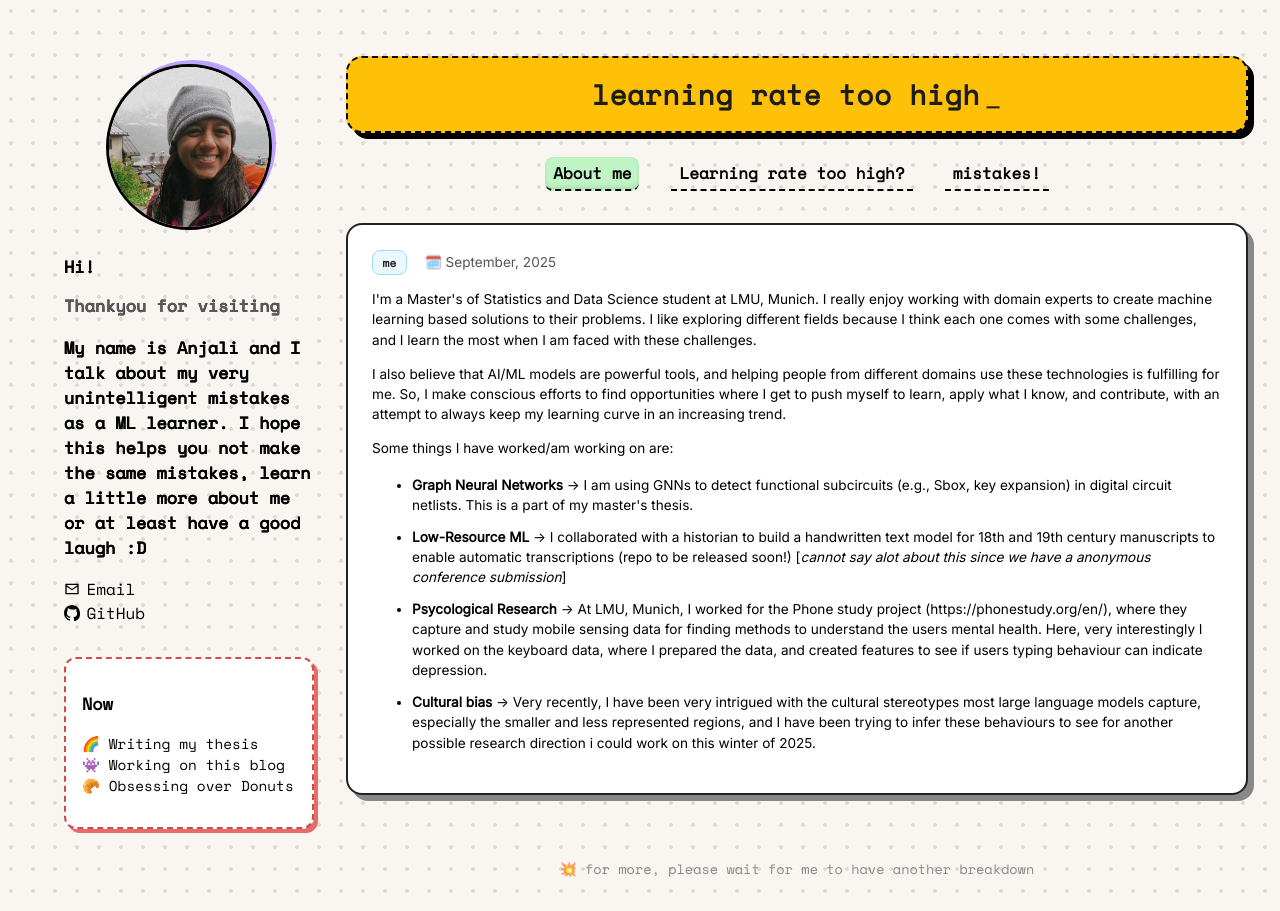
Repository: anjalisarawgi/learning_rate_too_high
Page: index.html
These files come from the project's save history. The page is drawn as it stood at one moment and after the next save; the edit follows.
The browser window is 1280 px wide. The pictures show the whole page.

Above is the page before, as saved 2025-11-03 13:50:18.

After the next save:
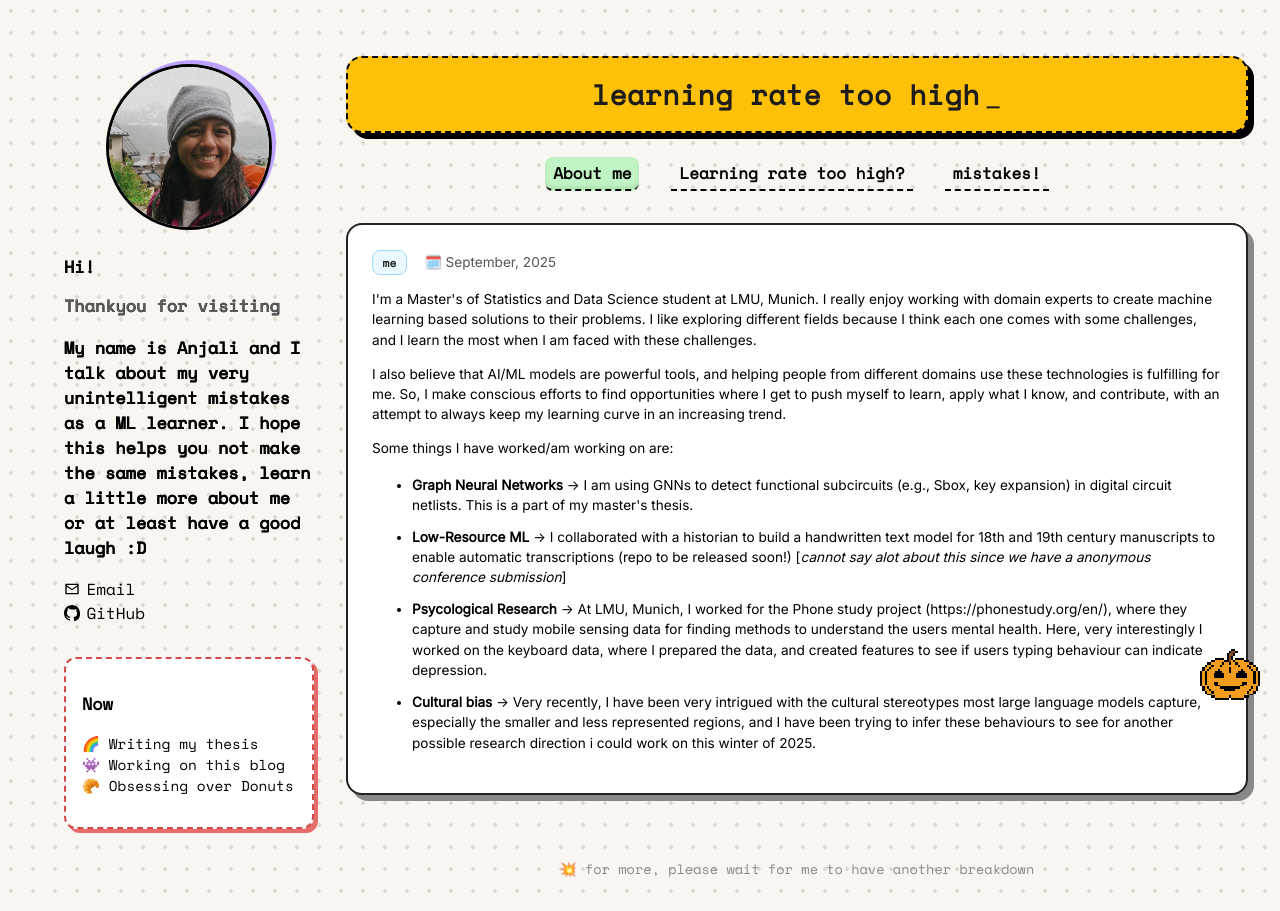
Saved 38 s later.
--- a/index.html
+++ b/index.html
@@ -338,6 +338,7 @@ ul li {
       <footer>
         💥 for more, please wait for me to have another breakdown
       </footer>
+      <img src="pumpkin.png" alt="Pumpkin mascot" class="pumpkin-mascot">
     </main>
   </div>
 
